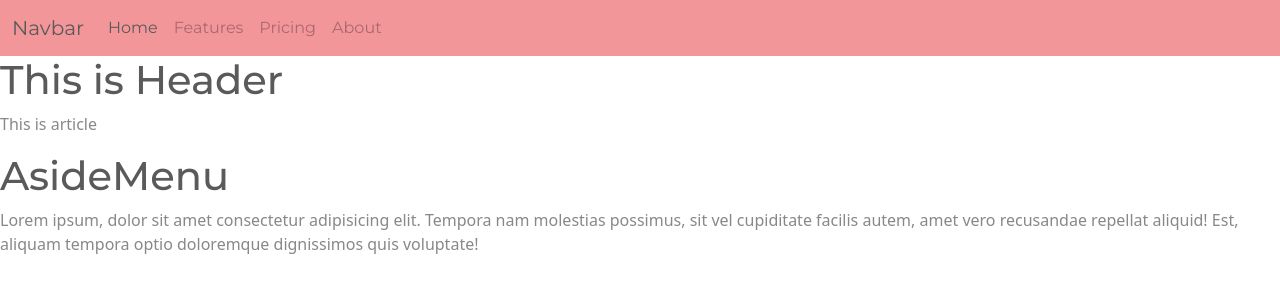
Repository: chanwarichawki/React-BC
Page: /
These files come from the project's save history. The page is drawn as it stood at one moment and after the next save; the edit follows.
The browser window is 1280 px wide. The pictures show the whole page.
Some web libraries are served in a nearby version. The project was rebuilt for these pictures with package versions that can differ from the ones it lists, and the page was loaded fresh each time. Also part of the build but not shown: vite.config.js.

Above is the page before, as saved 2024-01-14 20:04:12.

### src/App.jsx
import Article from "./components/Article";
import Header from "./components/Header";
import NavBar from "./components/NavBar";

function App() {
  return (
    <>
    <NavBar />
    <Header />
    <Article />
    </>
  )
}

export default App

### src/index.css
@import "/node_modules/bootswatch/dist/minty/bootstrap.min.css"

### src/components/Article.jsx
import AsideMenu from "./AsideMenu"

const Article = () => {
  return (
      <>
      <div>
      <p>This is article</p>
      </div>
      <AsideMenu />
      </>
  )
}

export default Article

### src/components/Header.jsx

function Header() {
  return (
    <div><h1>This is Header</h1></div>
  )
}

export default Header

### src/components/NavBar.jsx

function NavBar() {
  return (
    <nav className="navbar navbar-expand-lg bg-dark" data-bs-theme="dark">
  <div className="container-fluid">
    <a className="navbar-brand" href="#">Navbar</a>
    <button className="navbar-toggler" type="button" data-bs-toggle="collapse" data-bs-target="#navbarColor02" aria-controls="navbarColor02" aria-expanded="false" aria-label="Toggle navigation">
      <span className="navbar-toggler-icon"></span>
    </button>
    <div className="collapse navbar-collapse" id="navbarColor02">
      <ul className="navbar-nav me-auto">
        <li className="nav-item">
          <a className="nav-link active" href="#">Home
            <span className="visually-hidden">(current)</span>
          </a>
        </li>
        <li className="nav-item">
          <a className="nav-link" href="#">Features</a>
        </li>
        <li className="nav-item">
          <a className="nav-link" href="#">Pricing</a>
        </li>
        <li className="nav-item">
          <a className="nav-link" href="#">About</a>
        </li>
      </ul>
    </div>
  </div>
</nav>
  )
}

export default NavBar

### src/components/AsideMenu.jsx


function AsideMenu() {
  return (
    <>
    <h1>AsideMenu</h1>
    <p>Lorem ipsum, dolor sit amet consectetur adipisicing elit. Tempora nam molestias possimus, sit vel cupiditate facilis autem, amet vero recusandae repellat aliquid! Est, aliquam tempora optio doloremque dignissimos quis voluptate!</p>
    </>
  )
}

export default AsideMenu

Loaded but not shown: index.html (common file); src/main.jsx (common file)

After the next save:
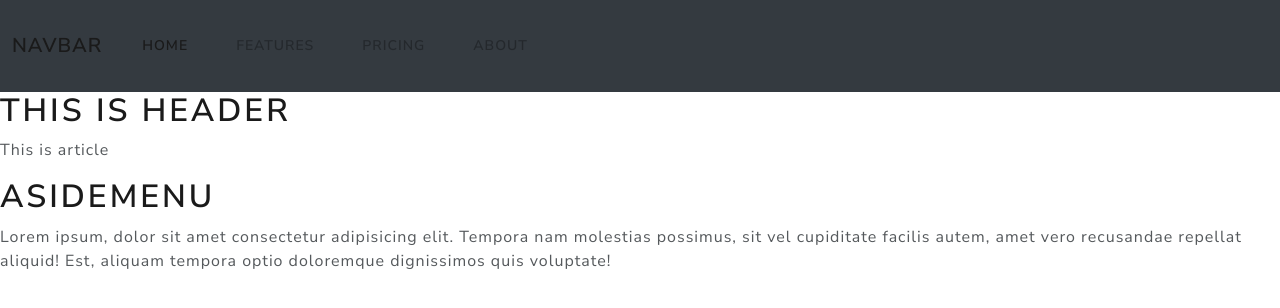
Saved 6 s later.
--- a/src/index.css
+++ b/src/index.css
@@ -1 +1 @@
-@import "/node_modules/bootswatch/dist/minty/bootstrap.min.css"
+@import "/node_modules/bootswatch/dist/min/bootstrap.min.css"
